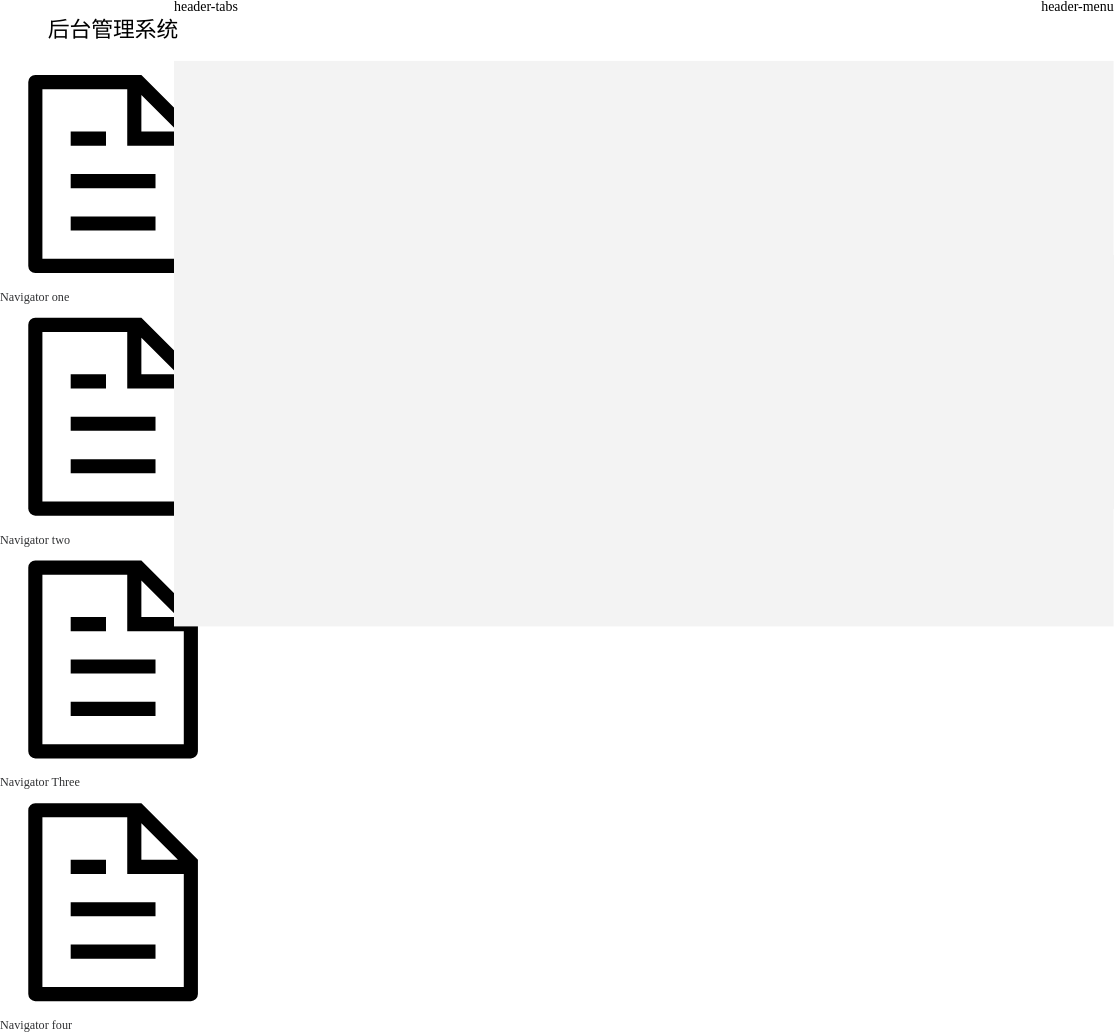
Repository: serrrN/vue-vite-template
Page: /
The author's editor kept a copy of each file at every save. The page is drawn from the files as they stood at one save, then again after the next save.
The browser window is 1280 px wide. The pictures show the whole page, at 87% of full size.
The project was rebuilt for these pictures with package versions that can differ from the ones it lists, and the page was loaded fresh each time. Also part of the build but not shown: vite.config.ts, src/styles/index.scss.

Above is the page before, as saved 2024-06-02 15:40:17.

### src/main.ts
import { createApp } from 'vue'
import App from './App.vue'
import ElementPlus from 'element-plus'
import zhCn from 'element-plus/es/locale/lang/zh-cn'
import * as ElementPlusIconsVue from '@element-plus/icons-vue'
import router from './router'
import 'reset-css'
import "./styles/index.scss"
const app = createApp(App)
for (const [key, component] of Object.entries(ElementPlusIconsVue)) {
  app.component(key, component)
}
app.use(ElementPlus, { locale: zhCn })
app.use(router)
app.mount('#app')

### src/App.vue
<script setup lang="ts">

</script>

<template>
  <router-view></router-view>
</template>

<style>
 #app,html,body{
  width: 100%;
  height: 100%;

 }
</style>

### src/router/index.ts
import { createRouter,createWebHistory } from "vue-router"
const routes = [
    {
        path: "/",
        name: "home",
        component: () => import("@/layout/index.vue")
    }
]
const router = createRouter({
    history: createWebHistory(),
    routes
})
export default router

### src/layout/index.vue
<template>
  <div class="layout-container">
     <div class="left">
        <Menu/>
     </div>
     <div class="right">
      <div class="header"><Header/></div>
      <div class="main"><Main/></div>
     </div>
  </div>
</template>

<script lang="ts" setup>
import Menu from "./menu/index.vue"
import Header from "./header/index.vue"
import Main from "./main/index.vue"
</script>

<style scoped lang="scss">
.layout-container{
  width: 100%;
  height: 100%;
  display: flex;
  .left{
    height: 100%;
    width: $layout-container-left-max-width;
  }
  .right{
    width: calc(100% - $layout-container-left-max-width);
    .header{
      width: 100%;
      height: $layout-container-header-height;
      display: flex;
      justify-content:space-between;
    }
    .main{
      height: calc(100% - $layout-container-header-height);
      width: 100%;
      background-color: #f3f3f3;
    }
  }
}
</style>

### src/styles/variable.scss
// 布局容器左边未塌陷宽度
$layout-container-left-max-width:200px;
// 布局容器左边塌陷后宽度
$layout-container-left-min-width:0px;

// 布局容器头部高度
$layout-container-header-height:70px;

### src/layout/menu/index.vue
<template>
    <el-menu
      default-active="2"
      class="el-menu-vertical-demo"
      :collapse="isCollapse"
      @open="handleOpen"
      @close="handleClose"
    >
    <div class="name">
        后台管理系统
    </div>
    <el-menu-item index="1" >
          <el-icon><document /></el-icon>
          <span>Navigator one</span>
        </el-menu-item>
        <el-menu-item index="2" >
          <el-icon><document /></el-icon>
          <span>Navigator two</span>
        </el-menu-item>
        <el-menu-item index="3" >
          <el-icon><document /></el-icon>
          <span>Navigator Three</span>
        </el-menu-item>
        <el-menu-item index="4" >
          <el-icon><document /></el-icon>
          <span>Navigator four</span>
        </el-menu-item>
    </el-menu>
  </template>

  <script lang="ts" setup>
  import { ref } from 'vue'


  const isCollapse = ref(false)
  const handleOpen = (key: string, keyPath: string[]) => {
    console.log(key, keyPath)
  }
  const handleClose = (key: string, keyPath: string[]) => {
    console.log(key, keyPath)
  }
  </script>

  <style >
  .el-menu{
    height:100%;
    .name{
        text-align:center;
        width: 100%;
        height: 70px;
        font-size: 25px;
        line-height: 70px;
    }
    .el-menu-item span{
      color: rgb(48, 49, 51);
      font-size: 14px;
      font-weight: 400;
    }
  }
  .el-menu-vertical-demo:not(.el-menu--collapse) {
    width: 260px;
    min-height: 400px;
  }
  </style>

### src/layout/header/index.vue
<template>
 <Tabs/>
 <Menu/>
</template>
<script setup lang="ts">
import Tabs from "./tabs/index.vue"
import Menu from "./menu/index.vue"
</script>
<style lang="scss" scoped>

</style>

### src/layout/main/index.vue
<template>
    <router-view></router-view>
</template>
<script setup lang="ts">

</script>
<style lang="scss" scoped>

</style>

### src/layout/header/tabs/index.vue
<template>
<div class="header-tabs">header-tabs</div>
</template>
<script setup lang="ts">

</script>
<style lang="scss" scoped>

</style>

### src/layout/header/menu/index.vue
<template>
<div class="header-menu">header-menu</div>
</template>
<script setup lang="ts">

</script>
<style lang="scss" scoped>

</style>

Loaded but not shown: index.html (common file)

After the next save:
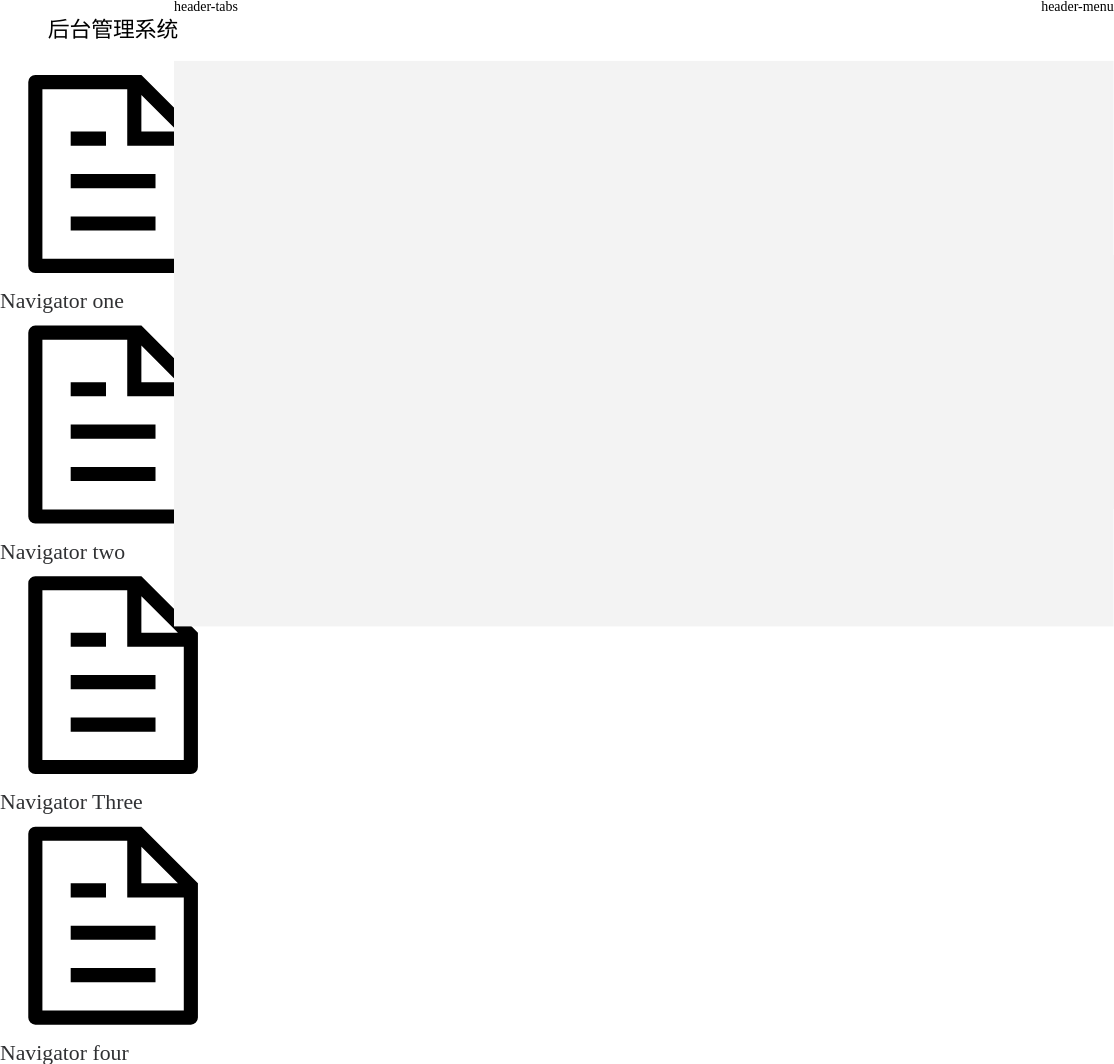
Saved 10 s later.
--- a/src/layout/menu/index.vue
+++ b/src/layout/menu/index.vue
@@ -53,7 +53,7 @@
     }
     .el-menu-item span{
       color: rgb(48, 49, 51);
-      font-size: 14px;
+      font-size: 25px;
       font-weight: 400;
     }
   }

After the save that followed:
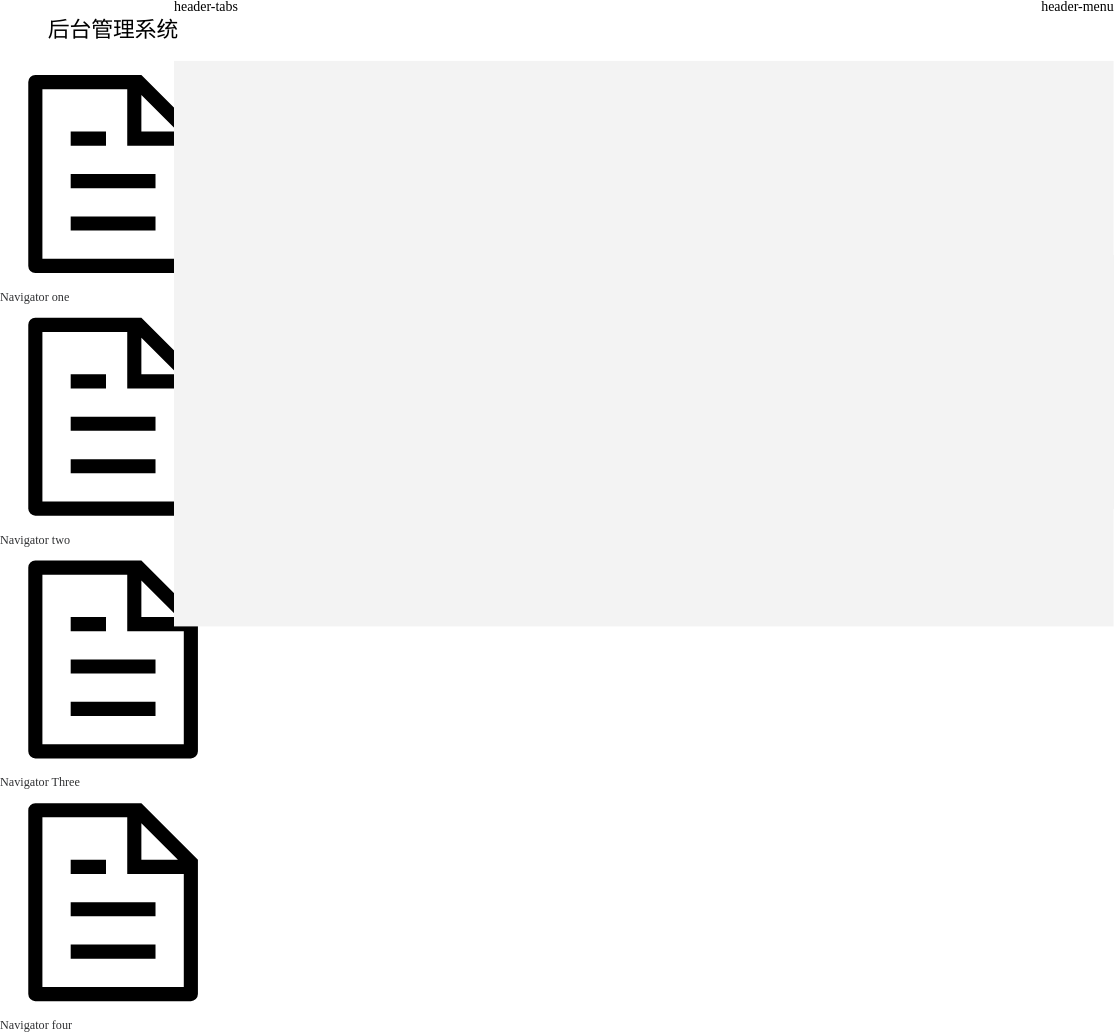
Saved 5 s later.
--- a/src/layout/menu/index.vue
+++ b/src/layout/menu/index.vue
@@ -53,7 +53,7 @@
     }
     .el-menu-item span{
       color: rgb(48, 49, 51);
-      font-size: 25px;
+      font-size: 14px;
       font-weight: 400;
     }
   }
